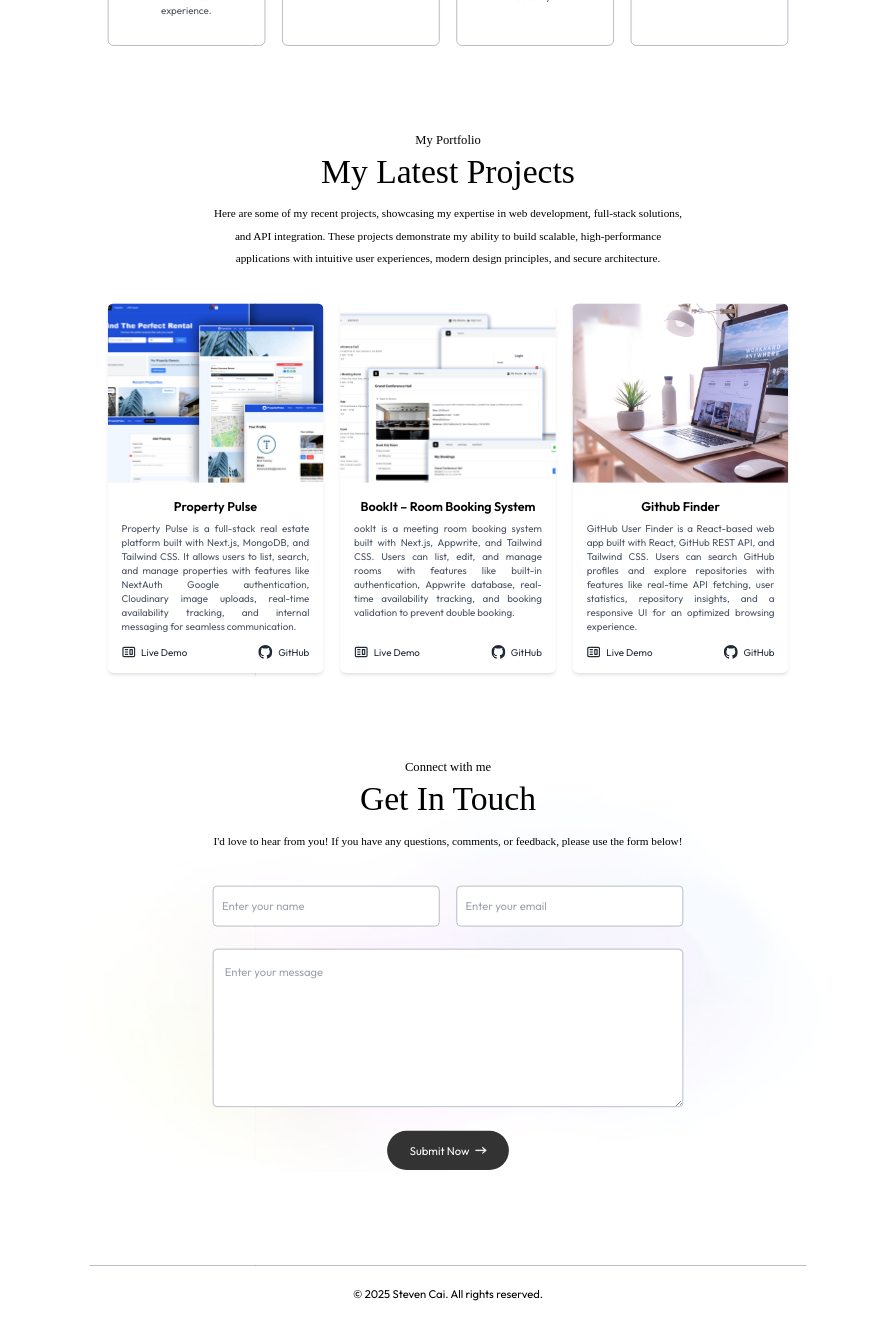
Repository: Steven4cai/profolio
Page: /
The author's editor kept a copy of each file at every save. The page is drawn from the files as they stood at one save, then again after a run of saves.
The browser window is 1280 px wide. The pictures show the part of the page from y = 2209 to 4129 px (the page is 4097 px tall before and 4129 px after), at 70% of full size.
Some web fonts or font styles are not loaded; a fallback is used. The project was rebuilt for these pictures with package versions that can differ from the ones it lists, and the page was loaded fresh each time. The framework's server and built-in components were replaced by stand-ins that run in the browser. Also part of the build but not shown: next.config.mjs.

Above is the page before, as saved 2025-02-09 14:33:18.

### app/layout.js
import {Outfit,Ovo} from "next/font/google";
import "./globals.css";

const outfit = Outfit({
  subsets: ["latin"],weight:["400","500","600","700"]
});

const ovo = Ovo({
  subsets: ["latin"],weight:["400"]
});

export const metadata = {
  title: "Profolio - Steven",
  description: "",
};

export default function RootLayout({ children }) {
  return (
    <html lang="en" className="scroll-smooth ">
      <body className={`${outfit.className} ${ovo.className} antialiased leading-8 overflow-x-hidden
      dark:bg-darkTheme dark:text-white`}>
        <main>{children}</main>
      </body>
    </html>
  );
}

### app/page.js
'use client'
import About from "@/components/About";
import Header from "@/components/Header";
import Navbar from "@/components/Navbar";
import Services from "@/components/Services";
import Work from "@/components/Work";
import Contact from "@/components/Contact";
import Footer from "@/components/Footer";
import { useEffect, useState } from "react";

export default function Home() {
  const [isDark,setIsDark] = useState(false)

  useEffect(()=>{
    if(localStorage.theme === 'dark' || (!('theme' in localStorage) && window.matchMedia('(prefers-color-scheme:dark)').matches)){
      setIsDark(true)
    }else{
      setIsDark(false)
    }
  },[])

  useEffect(()=>{
    if(isDark){
      document.documentElement.classList.add('dark')
      localStorage.theme = 'dark'
    }else{
      document.documentElement.classList.remove('dark')
      localStorage.theme = ''
    }
  } ,[isDark])
  return (
    <>
    <Navbar isDark = {isDark} setIsDark = {setIsDark}/>
    <Header isDark = {isDark}/>
    <About isDark = {isDark}/>
    <Services isDark = {isDark}/>
    <Work isDark = {isDark}/>
    <Contact isDark = {isDark}/>
    <Footer isDark = {isDark}/>
    </>
  );
}

### components/About.jsx
import Image from 'next/image'
import React from 'react'
import {assets, infoList, toolsData} from '@/assets/assets'


const About = ({isDark}) => {
  return (
    <div id='about' className='w-full px-[12%] py-10 scroll-mt-20'>
      <h4 className='text-center mb-2 text-lg font-Ovo'>Introduction</h4>
      <h2 className='text-center text-5xl font-Ovo'>About Me</h2>

    <div className='flex w-full flex-col lg:flex-row items-center gap-20 my-20'>
        <div className='w-64 sm:w-80 rounded-3xl max-w-none'>
            <Image src={assets.user_image} alt='user'
            className='w-full rounded-3xl'/>
        </div>
        <div className='flex-1'>
            <p className='mb-10 max-w-2xl font-Ovo'>
            I am a web developer with a background in IT and software
         engineering. I specialize in building scalable and efficient web
          applications, focusing on clean code, performance optimization,
          and user experience. Skilled in both front-end and back-end
          technologies, I am always eager to learn and apply new solutions.
            </p>
            <ul className='grid grid-cols-1 sm:grid-cols-3 gap-6 max-w-2xl'>
                {infoList.map((info,index) => (
                    <li
                    className='border-[0.5px] border-gray-400 rounded-xl p-6
                    cursor-pointer hover:bg-lightHover hover:-translate-y-1 duration-500
                    hover:shadow-black
                    dark:border-white dark:hovr:shadow-white dark:hover:bg-darkHover/50'
                    key={index}>
                        <Image src={isDark ? info.iconDark : info.icon} alt={info.title} className='w-7 mt-3'/>
                        <h3 className='my-4 font-semiblod text-gray-700 dark:text-white'>{info.title}</h3>
                        <p className='text-gray-600 text-sm dark:text-white/80'>{info.description}</p>
                    </li>
                ))}
            </ul>

            <h4 className='my-6 text-gray-700 font-Ovo dark:text-white/80'>Tools I use</h4>


                <ul className='flex items-center gap-3 sm:gap-5'>
                    {toolsData.map((tool,index) => (
                        <li className=
                        'flex items-center justify-center w-12 sm:w-14 aspect-square border border-gray-400 rounded-lg cursor-pointer hover:-translate-y-1 duration-500'
                         key={index}>
                            <Image src={tool} alt='Tool' className='w-5 sm:w-7' />
                        </li>
                    ))}
                </ul>
        </div>
    </div>

    </div>
  )
}

export default About

### components/Header.jsx
import React from 'react'
import Image from 'next/image'
import {assets} from '@/assets/assets'

const Header = () => {
  return (
    <div className=
    'w-11/12 max-w-3xl text-center mx-auto h-screen flex flex-col items-center justify-center gap-4'>
      <div>
        <Image src={assets.profile_img} alt='' className='rounded-full w-32'/>
      </div>
      <h3 className='flex items-end gap-2 text-xl md:text-2xl mb-3 font-Ovo'>Hi! I'm Steven Cai <Image src={assets.hand_icon} alt='' className='w-6'/></h3>
        <h1 className='text-3xl sm:text-6xl lg:text-[66px] font-Ovo'>Frontend web developer based in Sydney</h1>
        <p className='max-w-2xl mx-auto font-Ovo'>
          Web developer with a strong foundation in software engineering,
           specializing in building efficient, scalable, and user-friendly
            applications.
        </p>
        <div className=
        'flex flex-col sm:flex-row items-center gap-4 mt-4'>
            <a href="#contact"
             className='px-10 py-3 border rounded-full bg-black text-white flex items-center gap-2
             dark:bg-transparent'>
                Contact me  <Image src={assets.right_arrow_white} alt='' className='w-4'/></a>
            <a href="/Steven_Cai_ITResume.pdf" download
            className='px-10 py-3 border rounded-full border-gray-500 flex items-center gap-2
            bg-white dark:text-black'
            >My resume  <Image src={assets.download_icon} alt='' className='w-4'/></a>

        </div>


    </div>
  )
}

export default Header

### components/Navbar.jsx
'use client'

import Image from 'next/image'
import React, { useEffect, useState } from 'react'
import {assets} from '@/assets/assets'

const Navbar = ({isDark,setIsDark}) => {
    const [isScroll, setIsScrool] = useState(false)

    const [isMenuOpen, setIsMenuOpen] = useState(false);

    const openMenu = () => {
        setIsMenuOpen(true);
    };

    const closeMenu = () => {
        setIsMenuOpen(false);
    };

    useEffect(()=>{
        window.addEventListener('scroll',()=>{
            if(scrollY > 50){
                setIsScrool(true)
            }else{
                setIsScrool(false)
            }
        })
    } ,[])

    return (
        <>
            <div className='fixed top-0 right-0 w-11/12 -z-10 translate-y-[-80%] dark:hidden'>
                <Image src={assets.header_bg_color} alt='' className='w-full' />
            </div>

            <nav className={`w-full fixed px-5 lg:px-8 xl:px-[8%] py-4 flex
                items-center justify-between z-50 ${isScroll
                ? 'bg-white bg-opacity-50 backdrop-blur-lg shadow-sm dark:bg-darkTheme dark:shadow-white/20'
                : ''}`}>
                <a href="#top">
                    <Image alt='logo' className='w-28 cursor-pointer mr-14 bg-white rounded-full' src={assets.logo} />
                </a>

                <ul className={`hidden md:flex items-center gap-6
                    lg:gap-8 rounded-full px-12 py-3
                    ${isScroll ?'' : 'bg-white shadow-sm bg-opacity-50 dark:border dark:border-white/50 dark:bg-transparent'}`}>
                    <li><a className='font-Ovo' href="#top">Home</a></li>
                    <li><a className='font-Ovo' href="#about">About me</a></li>
                    <li><a className='font-Ovo' href="#services">Services</a></li>
                    <li><a className='font-Ovo' href="#work">My Work</a></li>
                    <li><a className='font-Ovo' href="#contact">Contact me</a></li>
                </ul>

                <div className='flex items-center gap-4'>

                    <button onClick={() => setIsDark(prev => !prev)}>
                        <Image src={isDark ? assets.sun_icon : assets.moon_icon} alt='' className='w-6' />
                    </button>

                    <a href='#contact' className='hidden lg:flex items-center gap-3 px-10 py-2.5
                    border border-gray-500 rounded-full ml-4 font-Ovo
                    dark:border-white/50'>
                        Contact <Image className='w-3' src={isDark ?assets.arrow_icon_dark :assets.arrow_icon} alt='arrowicon' />
                    </a>

                    <button className='block md:hidden ml-3' onClick={openMenu}>
                        <Image src={isDark ?assets.menu_white :assets.menu_black} alt='' className='w-6' />
                    </button>
                </div>

                <ul className={`flex flex-col gap-4 py-20 px-10
                fixed -right-0 top-0 bottom-0 w-64 z-50 h-screen bg-rose-50
                transition duration-500' dark:bg-darkHover dark:text-white
                ${isMenuOpen ? 'translate-x-0' : 'translate-x-[16rem]'} md:hidden`}>
                    {/* Close Button */}
                    <div className='absolute right-6 top-6' onClick={closeMenu}>
                        <Image src={isDark ?assets.close_white :assets.close_black} alt='' className='w-5 cursor-pointer' />
                    </div>

                    <li><a onClick={closeMenu} className='font-Ovo' href="#top">Home</a></li>
                    <li><a onClick={closeMenu} className='font-Ovo' href="#about">About me</a></li>
                    <li><a onClick={closeMenu} className='font-Ovo' href="#services">Services</a></li>
                    <li><a onClick={closeMenu} className='font-Ovo' href="#work">My Work</a></li>
                    <li><a onClick={closeMenu} className='font-Ovo' href="#contact">Contact me</a></li>
                </ul>
            </nav>
        </>
    )
}

export default Navbar;

### components/Services.jsx
import React from "react";
import { TbWorld } from "react-icons/tb";
import { RiStackFill } from "react-icons/ri";
import { AiOutlineApi } from "react-icons/ai";
import { MdSecurity } from "react-icons/md";

export const serviceData = [
  { icon: <TbWorld className="text-4xl text-gray-700 dark:text-white" />, title: 'Frontend Development', description: 'Building modern, responsive, and interactive web applications using React.js, Next.js, and Tailwind CSS to ensure seamless user experience.', link: '' },
  { icon: <RiStackFill className="text-4xl text-gray-700 dark:text-white" />, title: 'Full-Stack Development', description: 'Developing scalable web applications with Next.js, Appwrite, MongoDB, and Firebase, handling both frontend and backend efficiently.', link: '' },
  { icon: <AiOutlineApi className="text-4xl text-gray-700 dark:text-white" />, title: 'API Development & Integration', description: 'Creating and integrating RESTful APIs to enable smooth data communication between systems, ensuring high performance and security.', link: '' },
  { icon: <MdSecurity className="text-4xl text-gray-700 dark:text-white" />, title: 'Authentication & Security', description: 'Implementing secure authentication using NextAuth.js, OAuth, JWT, and Firebase Auth, ensuring data protection and user privacy.', link: '' },
];

const Services = () => {
  return (
    <div id='services' className='w-full px-[12%] py-10 scroll-mt-20'>
      <h4 className='text-center mb-2 text-lg font-Ovo'>What I offer</h4>
      <h2 className='text-center text-5xl font-Ovo'>My Services</h2>

      <p className='text-center max-w-2xl mx-auto mt-5 mb-12 font-Ovo'>
        I design and develop modern, high-performance web applications with
        a focus on efficiency, scalability, and seamless user experience. Whether
        it’s front-end UI/UX, full-stack solutions, or API integrations,
        I build robust and maintainable systems tailored to business needs.
      </p>

      <div className='grid grid-cols-1 sm:grid-cols-2 md:grid-cols-4 gap-6 my-10'>
        {serviceData.map(({ icon, title, description, link }, index) => (
          <div
            className='border border-gray-400 rounded-lg px-8 py-10 flex flex-col items-center text-center
              hover:shadow-black cursor-pointer hover:bg-lightHover hover:-translate-y-1 duration-500
              dark:hover:bg-darkHover dark:hover:shadow-white'
            key={index}
          >
            {icon}
            <h3 className='text-lg my-4 text-gray-700 dark:text-white'>{title}</h3>
            <p className='text-sm text-gray-600 leading-5 dark:text-white/80'>{description}</p>
          </div>
        ))}
      </div>
    </div>
  );
};

export default Services;

### components/Work.jsx
import { assets, workData } from '@/assets/assets';
import React from 'react';
import Image from 'next/image';
import Link from 'next/link';
import { BsGithub } from 'react-icons/bs';
import { CgWebsite } from 'react-icons/cg';

const Work = ({ isDark }) => {
  return (
    <div id="work" className="w-full px-[12%] py-10 scroll-mt-20">
      <h4 className="text-center mb-2 text-lg font-Ovo">My Portfolio</h4>
      <h2 className="text-center text-5xl font-Ovo">My Latest Projects</h2>

      <p className="text-center max-w-2xl mx-auto mt-5 mb-12 font-Ovo">
      Here are some of my recent projects, showcasing my expertise in web
       development, full-stack solutions, and API integration. These projects
        demonstrate my ability to build scalable, high-performance applications
         with intuitive user experiences, modern design principles, and secure
         architecture.
      </p>

      <div className="grid grid-cols-1 sm:grid-cols-2 md:grid-cols-3 gap-6 my-10">
  {workData.map((work, index) => (
    <div
      key={index}
      className="flex flex-col bg-white dark:bg-gray-900 rounded-lg shadow-md overflow-hidden group cursor-pointer"
    >
      {/* 背景图片部分 */}
      <div
        className="h-64 bg-cover bg-center transition-transform duration-500 group-hover:scale-105"
        style={{ backgroundImage: `url(${work.bgImage})` }}
      ></div>

      {/* 文字部分 */}
      <div
        className="p-5 w-full flex flex-col flex-grow transition-all duration-500 group-hover:-translate-y-2"
      >
        <h2 className="font-semibold text-lg dark:text-white text-center">
          {work.title}
        </h2>
        <p className="text-sm text-gray-600 dark:text-gray-300 mt-2 text-justify flex-grow">
          {work.description}
        </p>

        {/* 按钮部分 */}
        <div className="mt-4 flex justify-between items-center">
          <Link
            href={work.website}
            target="_blank"
            className="flex items-center gap-2 text-sm text-gray-800 dark:text-white hover:text-blue-500 transition-colors"
          >
            <CgWebsite className="text-xl" /> Live Demo
          </Link>

          <Link
            href={work.github}
            target="_blank"
            className="flex items-center gap-2 text-sm text-gray-800 dark:text-white hover:text-gray-600 transition-colors"
          >
            <BsGithub className="text-xl" /> GitHub
          </Link>
        </div>
      </div>
    </div>
  ))}
</div>

    </div>
  );
};

export default Work;

### components/Contact.jsx
'use client'
import { assets } from '@/assets/assets'
import React,{ useState } from 'react'
import Image from 'next/image'
const Contact = () => {

    const [result, setResult] = React.useState("");

  const onSubmit = async (event) => {
    event.preventDefault();
    setResult("Sending....");
    const formData = new FormData(event.target);

    formData.append("access_key", "d1d257f8-3b83-45d6-8d1c-4f4ca340e588");

    const response = await fetch("https://api.web3forms.com/submit", {
      method: "POST",
      body: formData
    });

    const data = await response.json();

    if (data.success) {
      setResult("Form Submitted Successfully");
      event.target.reset();
    } else {
      console.log("Error", data);
      setResult(data.message);
    }
  };


  return (
    <div id='contact' className='w-full px-[12%] py-10 scroll-mt-20 bg-[url("/footer-bg-color.png")] bg-no-repeat
    bg-center bg-[length:90%_auto] dark:bg-none'>
        <h4 className='text-center mb-2 text-lg font-Ovo'>Connect with me</h4>
        <h2 className='text-center text-5xl font-Ovo'>Get In Touch</h2>

        <p className='text-center max-w-2xl mx-auto mt-5 mb-12 font-Ovo'>
       I'd love to hear from you! If you have any questions, comments, or feedback, please use the form below!
        </p>

        <form onSubmit={onSubmit} className='max-w-2xl mx-auto'>
            <div className='grid grid-cols-auto gap-6 mt-10 mb-8'>
                <input
                className='flex-1 p-3 outline-none border-[0.5px] border-gray-400 rounded-md bg-white
                dark:bg-darkHover/30 dark:border-white/90'
                type="text" placeholder='Enter your name' required name="name" />
                <input
                className='flex-1 p-3 outline-none border-[0.5px] border-gray-400 rounded-md bg-white
                dark:bg-darkHover/30 dark:border-white/90'
                type="email" placeholder='Enter your email' required name="email" />
            </div>
            <textarea
            className='w-full p-4 outline-none border-[0.5px] border-gray-400 rounded-md bg-white mb-6
            dark:bg-darkHover/30 dark:border-white/90'
            rows={6} placeholder='Enter your message'  name="message" required></textarea>
            <button
            className='py-3 px-8 w-max flex items-center justify-between gap-2 bg-black/80 text-white rounded-full
            mx-auto hover:bg-black duration-500 dark:bg-transparent dark:border-[0.5px] dark:hover:bg-darkHover'
            type='submit'>
                Submit Now <Image src={assets.right_arrow_white} alt='' className='w-4'/>
            </button>

            <p className='mt-4'>{result}</p>
        </form>
    </div>
  )
}

export default Contact

### components/Footer.jsx
import Image from 'next/image'
import React from 'react'
import { assets } from '@/assets/assets'
import { FaPhoneAlt,FaMailBulk } from "react-icons/fa";
import Link from 'next/link';
import { AiFillLinkedin } from "react-icons/ai";

const Footer = ({ isDark }) => {
  const currentYear = new Date().getFullYear();

  return (
    <div className='mt-20'>



      <div className='text-center border-t border-gray-400 mx-[10%] mt-12 py-6'>
        <p>&copy; {currentYear} Steven Cai. All rights reserved.</p>
      </div>
    </div>
  )
}

export default Footer;

### tailwind.config.mjs
/** @type {import('tailwindcss').Config} */
export default {
  content: [
    "./pages/**/*.{js,ts,jsx,tsx,mdx}",
    "./components/**/*.{js,ts,jsx,tsx,mdx}",
    "./app/**/*.{js,ts,jsx,tsx,mdx}",
  ],
  theme: {
    extend: {
      colors: {
        lightHover: '#fcf4ff',
        darkHover: '#2a004a',
        darkTheme: '#11001F'
      },
      fontFamily:{
        Outfit:["Outfit", "sans-serif"],
        Ovo: ["Ovo", "serif"]
      },
      boxShadow:{
        'black': '4px 4px 0 #000',
        'white': '4px 4px 0 #fff',
      },
      gridTemplateColumns:{
        'auto':'repeat(auto-fit,minmax(200px,1fr))'
      }
    },
  },
  darkMode: 'selector',
  plugins: [],
};

Loaded but not shown: app/globals.css (common file); assets/assets.js (123 lines, source omitted)

After the next 3 saves:
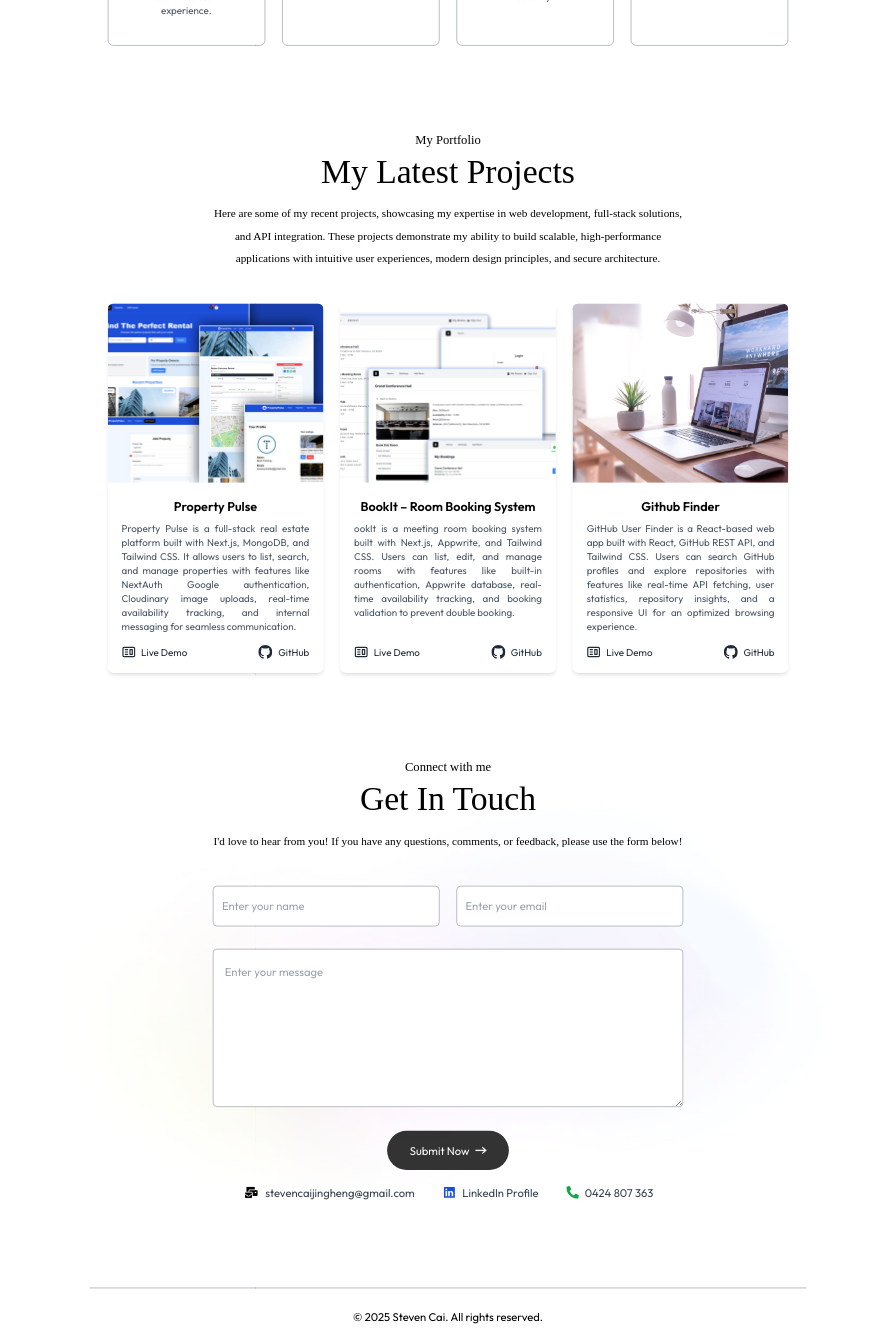
The 3 saves are shown as one change because 2 did not build or start.
The last was saved 28 s later.
--- a/components/Contact.jsx
+++ b/components/Contact.jsx
@@ -2,6 +2,9 @@
 import { assets } from '@/assets/assets'
 import React,{ useState } from 'react'
 import Image from 'next/image'
+import { FaPhoneAlt,FaMailBulk } from "react-icons/fa";
+import Link from 'next/link';
+import { AiFillLinkedin } from "react-icons/ai";
 const Contact = () => {
 
     const [result, setResult] = React.useState("");
@@ -63,6 +66,26 @@ const Contact = () => {
             </button>
 
             <p className='mt-4'>{result}</p>
+            <div className='flex justify-center gap-10 items-center text-center'>
+      <Link href="mailto:stevencaijingheng@gmail.com">
+        <div className='flex items-center gap-2'>
+          <FaMailBulk className='w-6' />
+          <span className="text-gray-700 dark:text-white">stevencaijingheng@gmail.com</span>
+        </div>
+      </Link>
+
+        <Link href="https://www.linkedin.com/in/stevencai1" target="_blank" rel="noopener noreferrer">
+          <div className='flex items-center gap-2 cursor-pointer hover:text-blue-500 transition'>
+            <AiFillLinkedin className='text-blue-700 dark:text-blue-400 text-xl' />
+            <span className="text-gray-700 dark:text-white">LinkedIn Profile</span>
+          </div>
+        </Link>
+
+        <div className='flex items-center gap-2'>
+          <FaPhoneAlt className='text-green-600 text-lg' />
+          <span className="text-gray-700 dark:text-white">0424 807 363</span>
+        </div>
+      </div>
         </form>
     </div>
   )
--- a/components/Footer.jsx
+++ b/components/Footer.jsx
@@ -1,9 +1,7 @@
 import Image from 'next/image'
 import React from 'react'
 import { assets } from '@/assets/assets'
-import { FaPhoneAlt,FaMailBulk } from "react-icons/fa";
-import Link from 'next/link';
-import { AiFillLinkedin } from "react-icons/ai";
+
 
 const Footer = ({ isDark }) => {
   const currentYear = new Date().getFullYear();
